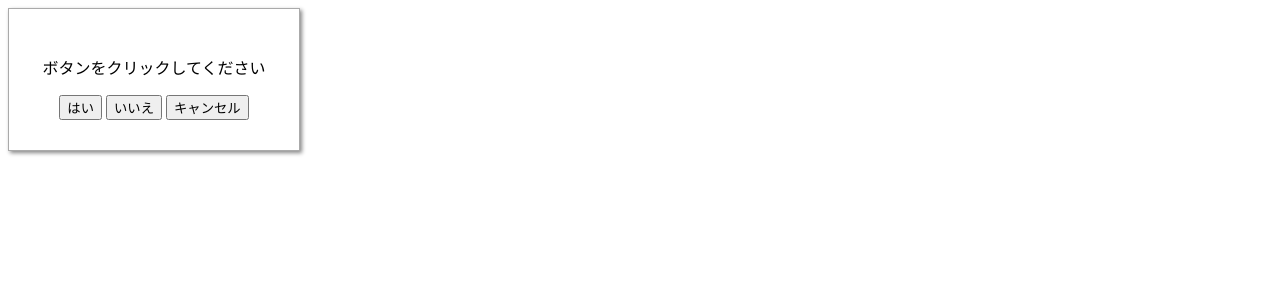
Repository: picalin/samurai_typing-game
Page: JavaScript_tutorial/DialogBox.html
The author's editor kept a record of every edit. The page is drawn from the files as they stood at one moment, then again after the next edit.
The browser window is 1280 px wide. The pictures show the whole page.
After loading, the first visible `input` was clicked once.

Above is the page before.

### JavaScript_tutorial/DialogBox.html
<!DOCTYPE html>
<html lang="ja">
  <head>
    <meta charset="utf-8">
    <title>JavaScriptの練習</title>
    <style>
      #dialog {
        width: 250px;
        padding: 30px 20px;
        text-align: center;
        border: 1px solid #aaa;
        box-shadow: 2px 2px 4px #888;
      }
    </style>
  </head>
    <body>
      <form id="dialog" name="dialog">
        <p>ボタンをクリックしてください</p>
        <input type="button" name="yes" value="はい" />
        <input type="button" name="no" value="いいえ" />
        <input type="button" name="cancel" value="キャンセル" />
      </form>
      <p id="info"></p>

      <script>
        const form = document.forms.dialog;
        form.yes.addEventListener("click", () => {
          console.log("「はい」がクリックされました");
        });
          form.no.addEventListener("click", () => {
          console.log("「いいえ」がクリックされました");
        });
          form.cancel.addEventListener("click", () => {
          console.log("「キャンセル」がクリックされました");
        });
      </script>
    </body>
</html>

After the next edit:
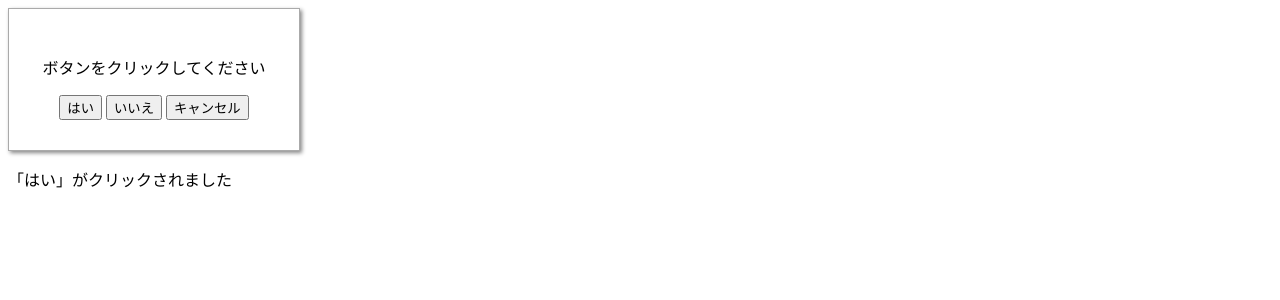
The edit:
--- a/JavaScript_tutorial/DialogBox.html
+++ b/JavaScript_tutorial/DialogBox.html
@@ -26,6 +26,7 @@
         const form = document.forms.dialog;
         form.yes.addEventListener("click", () => {
           console.log("「はい」がクリックされました");
+          info.textContent = "「はい」がクリックされました";
         });
           form.no.addEventListener("click", () => {
           console.log("「いいえ」がクリックされました");
